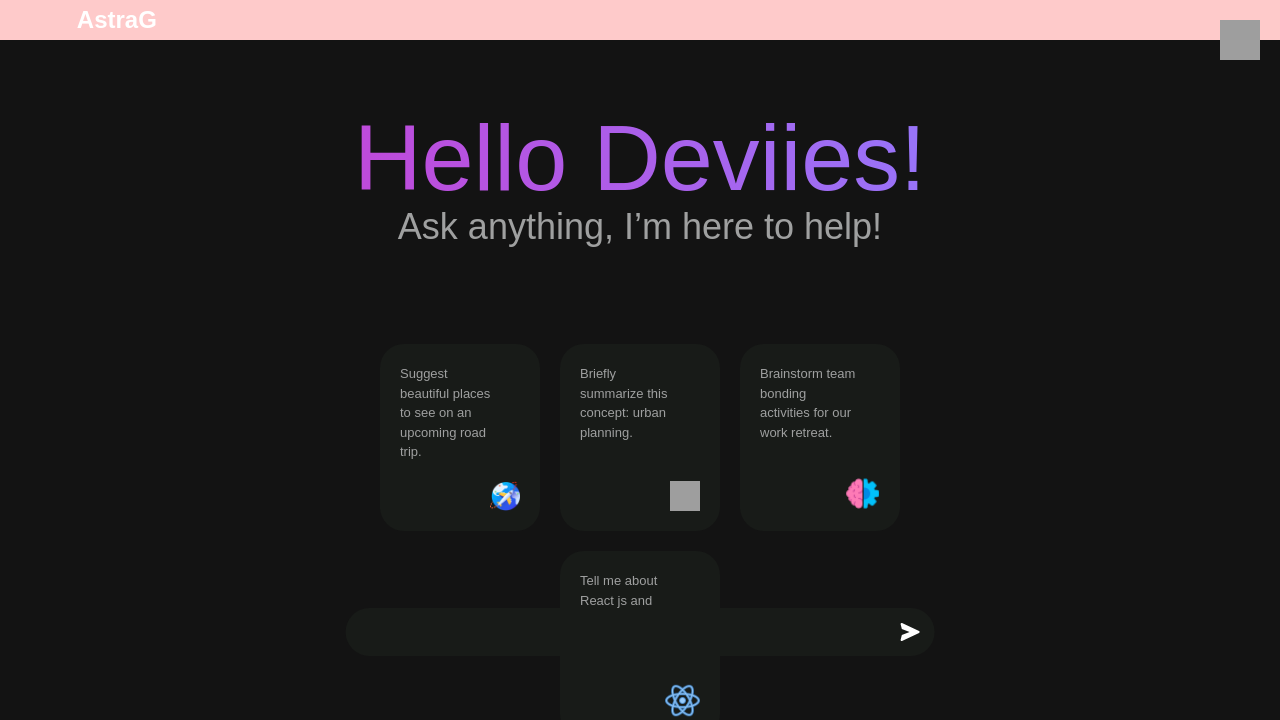
Repository: S-o-b-u/AstraGen1
Page: /
An editor plug-in stored every save of this project. The page is shown before and after the next save, followed by the edit.
The browser window is 1280 px wide. The pictures show the whole page.
Pictures or frames that could not be fetched are drawn as grey boxes. The project was rebuilt for these pictures with package versions that can differ from the ones it lists, and the page was loaded fresh each time. Also part of the build but not shown: vite.config.js, src/components/Loader/Loader.jsx, src/components/Sidebar/SIdebar.jsx.

Above is the page before, as saved 2024-11-14 01:32:04.

After the next save:
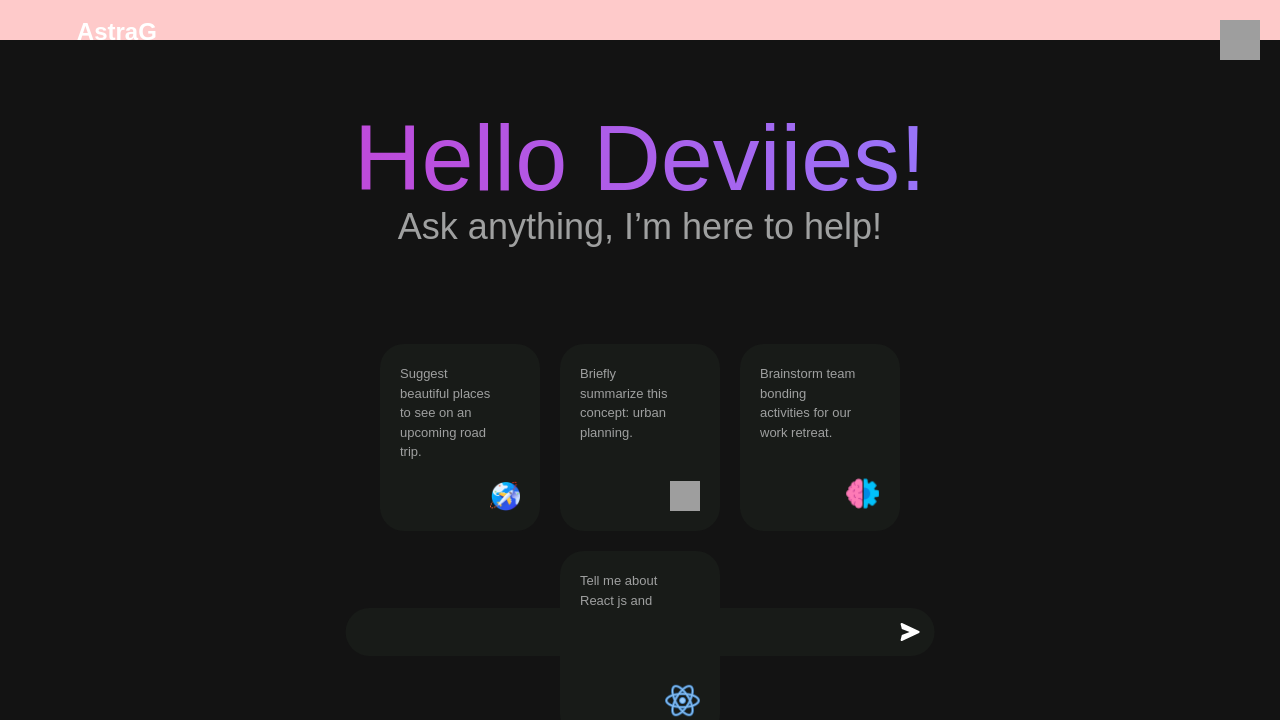
Saved 8 s later.
--- a/src/components/Main/Main.jsx
+++ b/src/components/Main/Main.jsx
@@ -30,7 +30,7 @@ const Main = () => {
      <div className="relative w-[100%] h-[100vh] overflow-hidden">
      <div className="relative bg-red-200 px-5 py-5">
         <nav className=" flex justify-between ">
-          <h1 className="absolute text-white left-16 top-1 lg:left-[6vw] text-2xl font-semibold">
+          <h1 className="absolute text-white left-16 top-4 lg:left-[6vw] text-2xl font-semibold">
             AstraG
           </h1>
           <img
